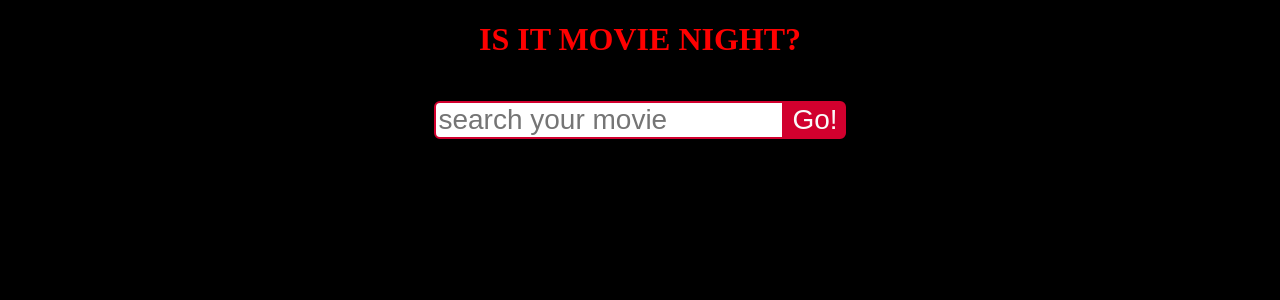
Repository: runner855/movies-app
Page: /
The author's editor kept a copy of each file at every save. The page is drawn from the files as they stood at one save, then again after the next save.
The browser window is 1280 px wide. The pictures show the whole page.
The project was rebuilt for these pictures with package versions that can differ from the ones it lists, and the page was loaded fresh each time.

Above is the page before, as saved 2021-06-16 19:08:58.

After the next save:
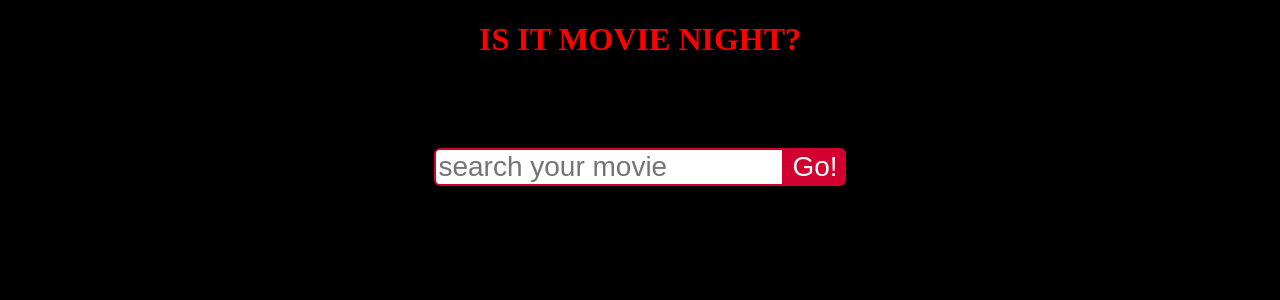
Saved 2 min 37 s later.
--- a/src/components/Movies.js
+++ b/src/components/Movies.js
@@ -5,8 +5,11 @@
 const Movies = () => {
   return (
     <div>
-      {data.map((Moviedetail, index) => {
-        return <h1>{data.Title}</h1>;
+      <h2>is it working?</h2>
+      {data.map((movieDetail, index) => {
+        return;
+
+        <h1>{data.Title}</h1>;
       })}
     </div>
   );
